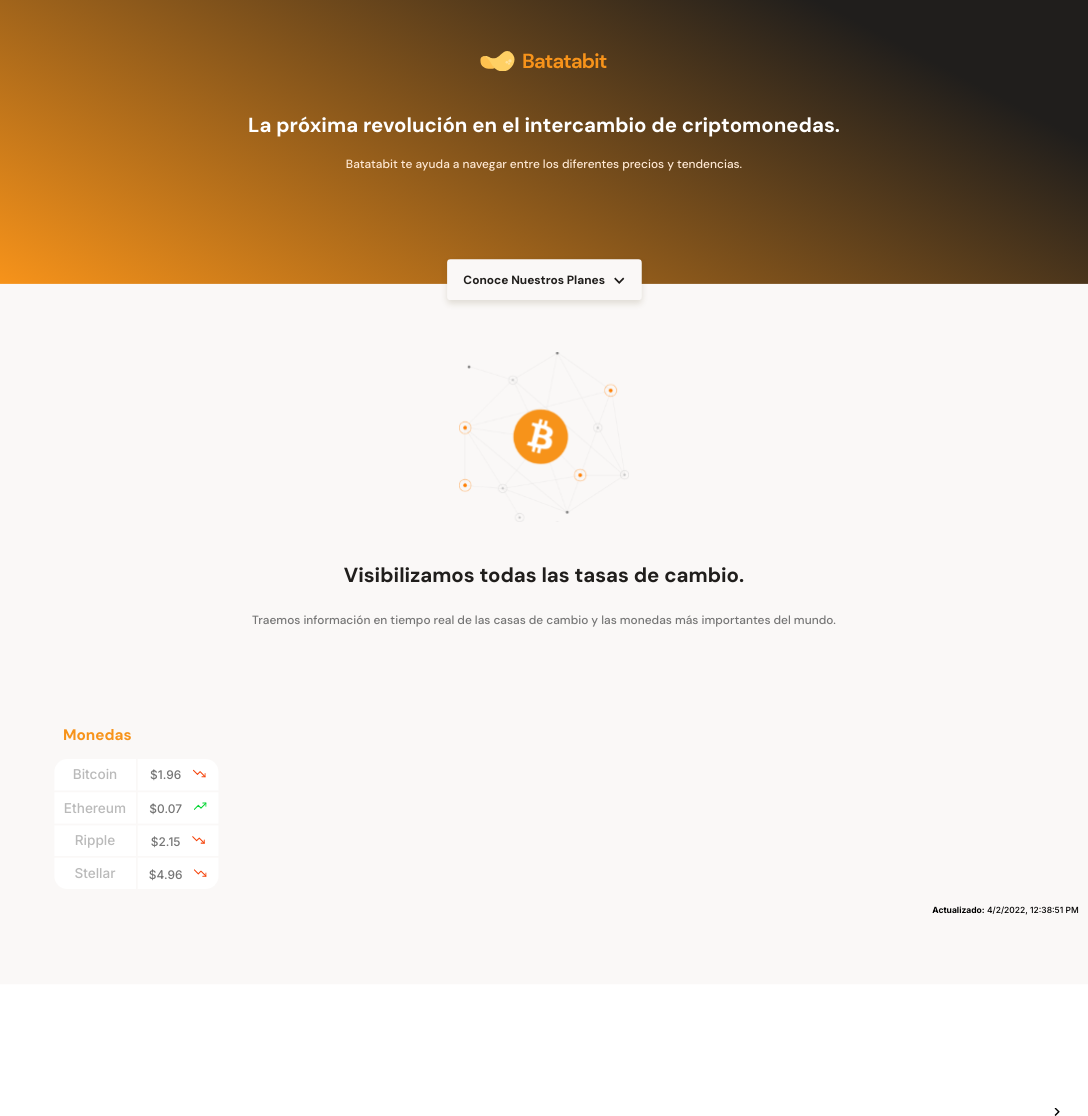
Repository: Pandrea-hub/Batatabit
Page: index.html
These files come from the project's save history. The page is drawn as it stood at one moment and after the next save; the edit follows.
The browser window is 1280 px wide. The pictures show the whole page, at 85% of full size.

Above is the page before, as saved 2022-04-10 11:46:56.

After the next save:
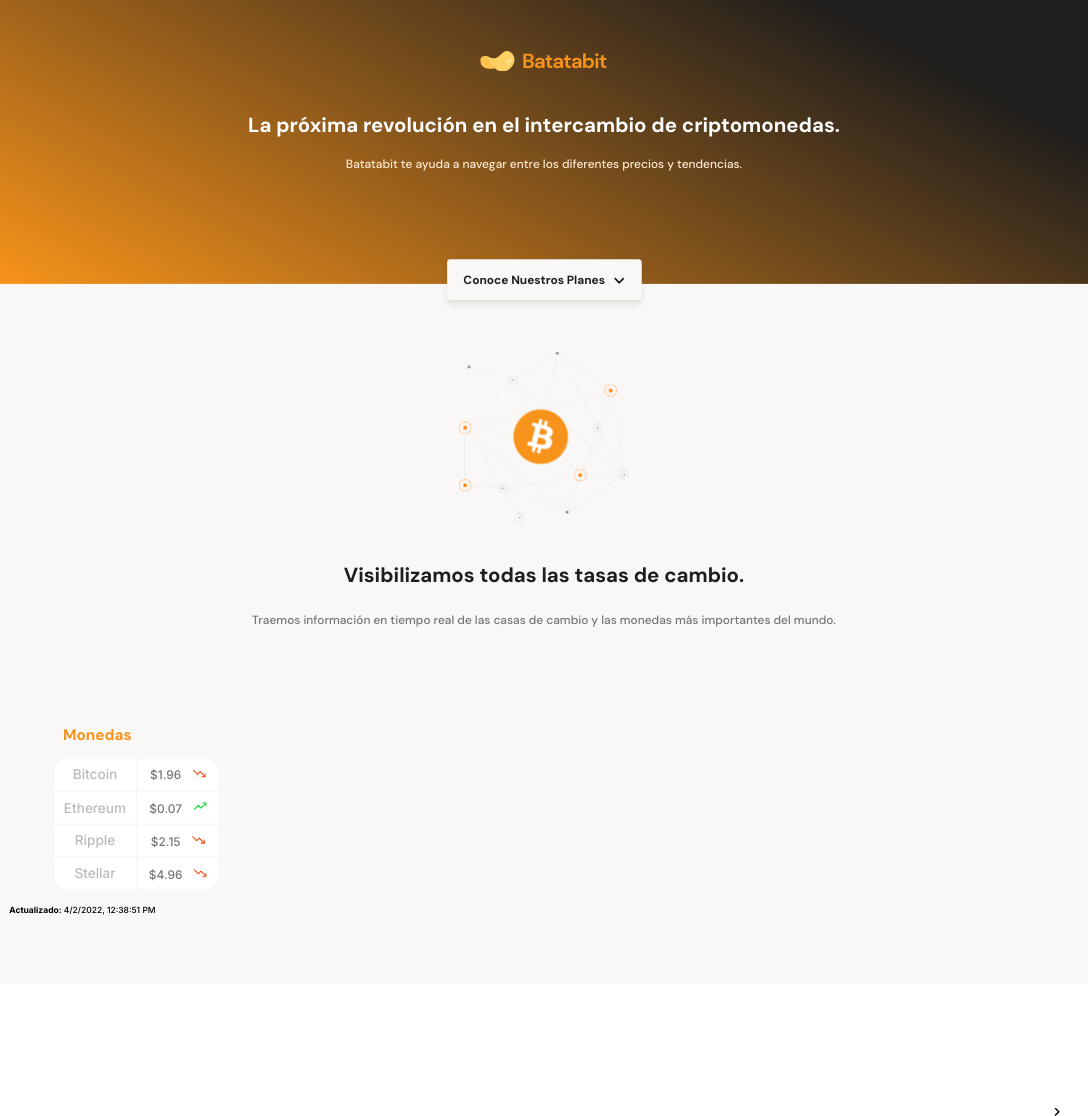
Saved 5 s later.
--- a/style.css
+++ b/style.css
@@ -311,7 +311,7 @@
     position: absolute;
     width: 190px;
     height: 31px;
-    right: 2px;
+    left: 2px;
     top: 1064px;
 }
 
